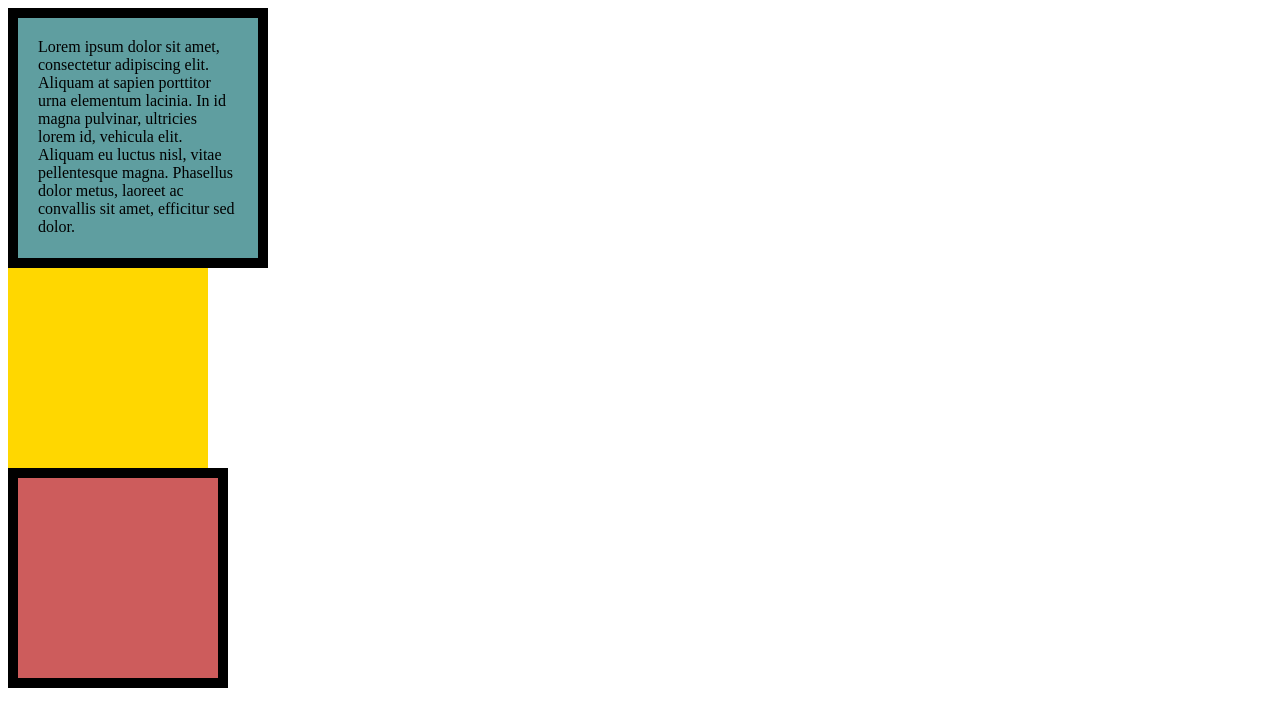
Repository: arzeee/Web_Course
Page: 6.3+CSS+Box+Model/6.3 CSS Box Model/index.html
These files come from the project's save history. The page is drawn as it stood at one moment and after the next save; the edit follows.
The browser window is 1280 px wide. The pictures show the whole page.

Above is the page before, as saved 2025-07-04 18:28:04.

### 6.3+CSS+Box+Model/6.3 CSS Box Model/index.html
<!DOCTYPE html>
<html lang="en">

<head>
  <meta charset="UTF-8">
  <title>CSS Box Model</title>
  <style>
    /* Write your CSS code here */

    .box {
      height: 200px;
      width: 200px;
    }

    .box1{
      padding: 20px;
      border: 10px solid black;
      background-color: cadetblue;
    }
    .box1 p{
      margin: 0;
    }
    .box2 {
      background-color: gold;
      border: 20px 10px solid black;
    }
    .box3 {
      background-color: indianred;
      border: 10px solid black;
    }

  </style>
</head>

<body>
  <div class="box box1">
    <p>Lorem ipsum dolor sit amet, consectetur adipiscing elit. Aliquam at sapien porttitor urna elementum lacinia. In
    id magna pulvinar, ultricies lorem id, vehicula elit. Aliquam eu luctus nisl, vitae pellentesque magna. Phasellus
    dolor metus, laoreet ac convallis sit amet, efficitur sed dolor.</p>
  </div>
  <div class="box box2">

  </div>
  <div class="box box3">

  </div>


  <!-- TODOs:
1. Create 3 Boxes using the div element.
2. Set their sizes to 200px heigh by 200px wide.
3. Set different background colors for each of the boxes (I used cadetblue, gold and indianred).
4. Add a paragraph <p> element into the first div and add the following words:
    Lorem ipsum dolor sit amet, consectetur adipiscing elit. Aliquam at sapien porttitor urna elementum lacinia. In
    id magna pulvinar, ultricies lorem id, vehicula elit. Aliquam eu luctus nisl, vitae pellentesque magna. Phasellus
    dolor metus, laoreet ac convallis sit amet, efficitur sed dolor.
5. Set the 1st div to have 20px padding all around with a black 10px border.
6. Fix the style of the <p> element to remove all margins.
Hint: Use the CSS inspector in Chrome.
7. Set the 2nd div to have a 20px border on top and bottom and 10px border left and right. (See goal image)
8. Set the 3rd div to have a 10px border
9. Set the margins for the divs so that each box corner touches the other. (See the goal image)
-->

</body>

</html>

After the next save:
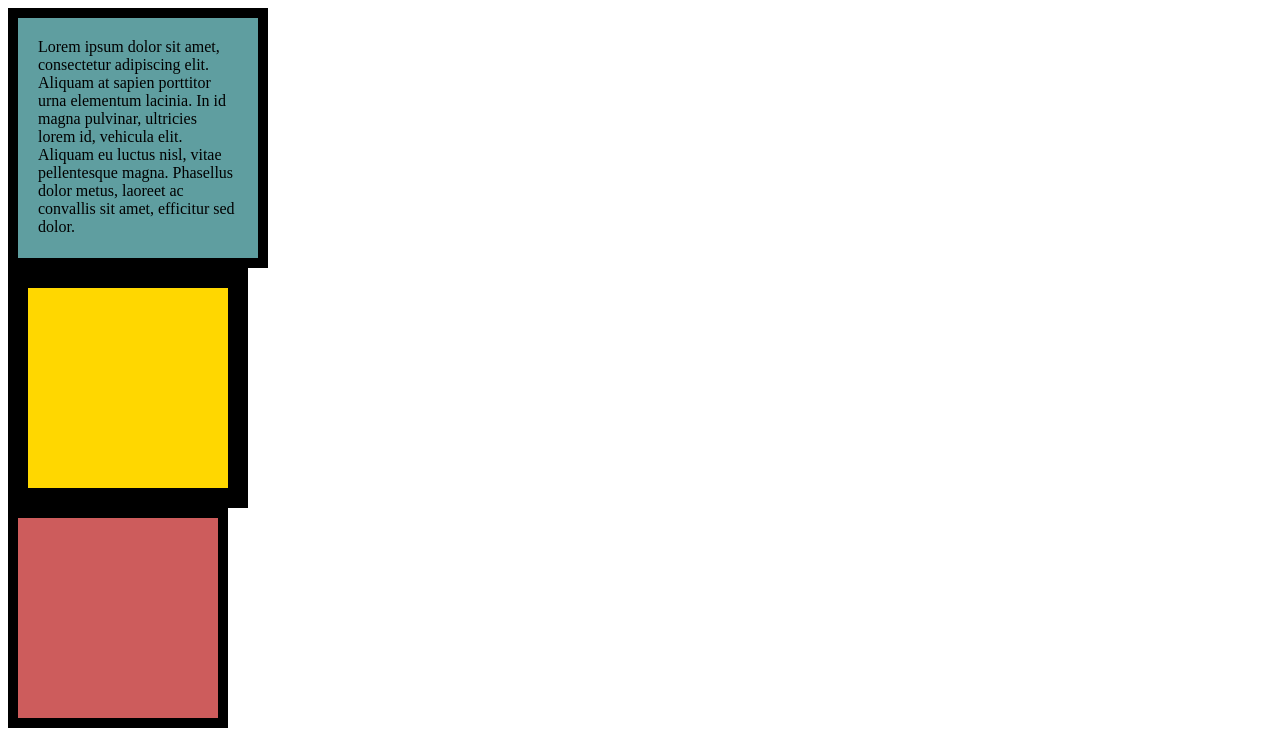
Saved 52 s later.
--- a/6.3+CSS+Box+Model/6.3 CSS Box Model/index.html
+++ b/6.3+CSS+Box+Model/6.3 CSS Box Model/index.html
@@ -22,7 +22,7 @@
     }
     .box2 {
       background-color: gold;
-      border: 20px 10px solid black;
+      border: 20px solid black;
     }
     .box3 {
       background-color: indianred;

After the save that followed:
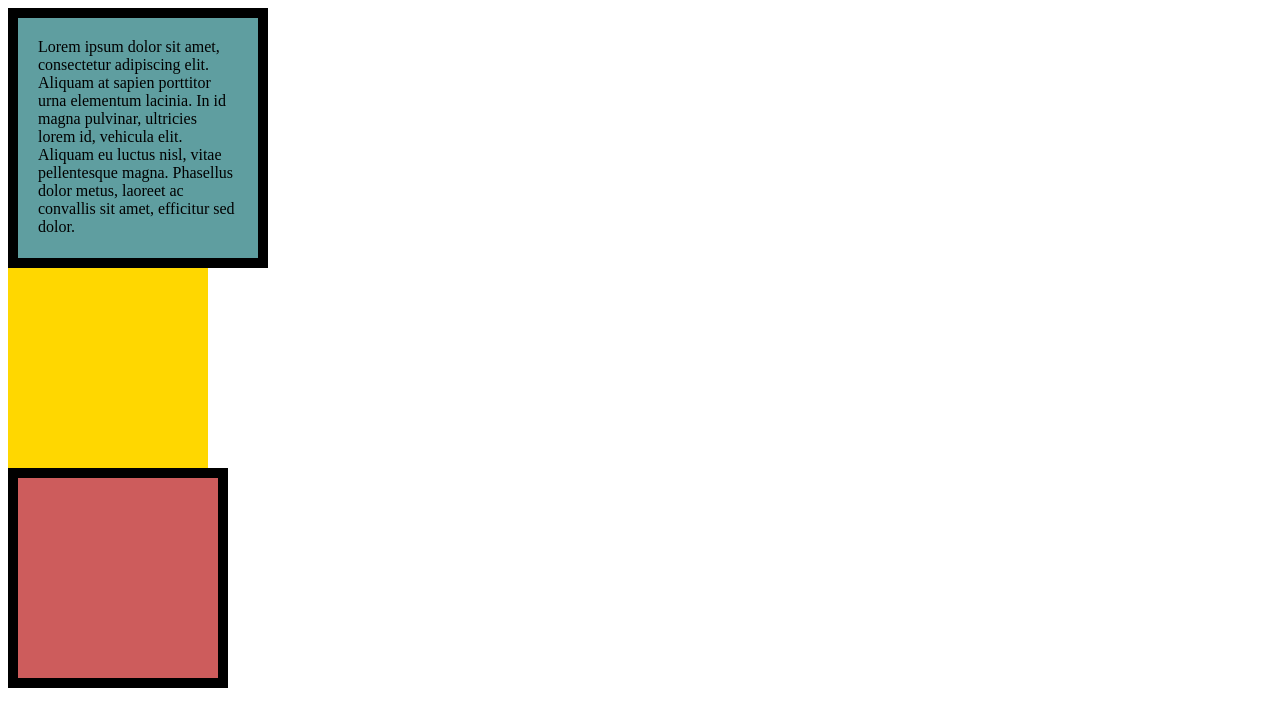
Saved 6 s later.
--- a/6.3+CSS+Box+Model/6.3 CSS Box Model/index.html
+++ b/6.3+CSS+Box+Model/6.3 CSS Box Model/index.html
@@ -22,7 +22,7 @@
     }
     .box2 {
       background-color: gold;
-      border: 20px solid black;
+      border: 20 10 solid black;
     }
     .box3 {
       background-color: indianred;
